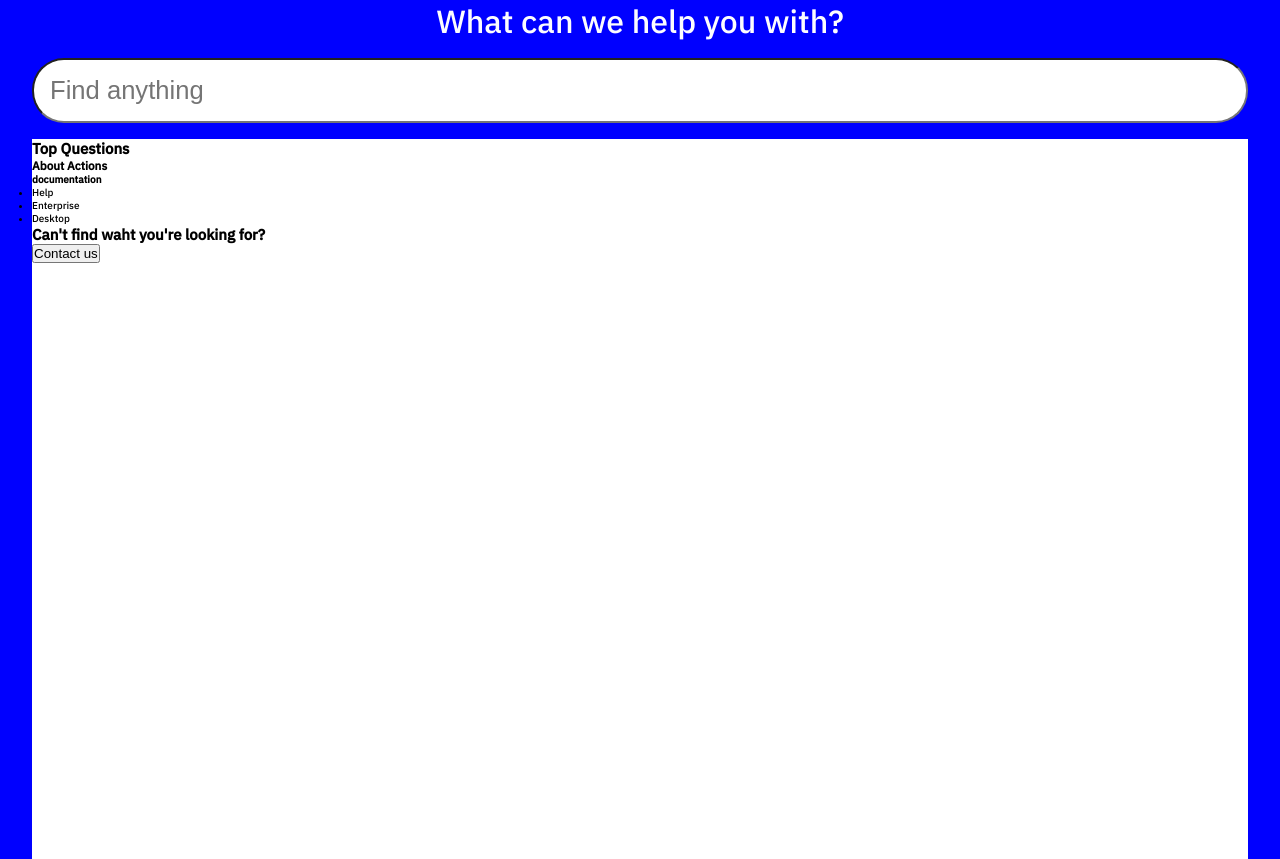
Repository: Hcmwebs/Help-Center-UI-
Page: index.html
An editor plug-in stored every save of this project. The page is shown before and after the next save, followed by the edit.
The browser window is 1280 px wide. The pictures show the whole page.
The style sheet was rebuilt from its Sass, Less or Tailwind sources for each picture, by a compiler version that may differ from the author's.

Above is the page before, as saved 2020-08-20 20:40:19.

After the next save:
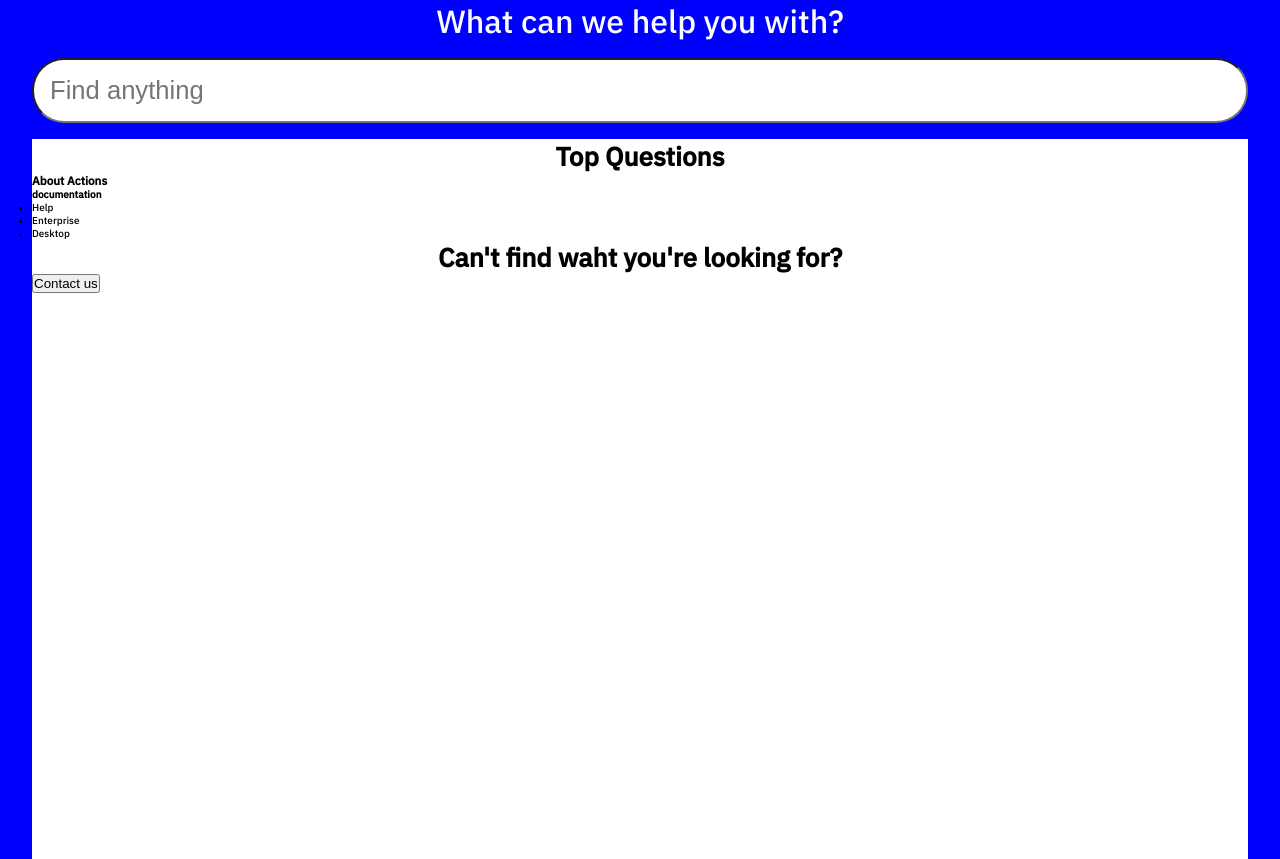
Saved 2 min 3 s later.
--- a/scss/styles.scss
+++ b/scss/styles.scss
@@ -50,4 +50,8 @@ header{
     height: 100vh;
     background-color: #fff;
 
+    h2{
+        text-align: center;
+        font-size: 26px;
+    }
 }
